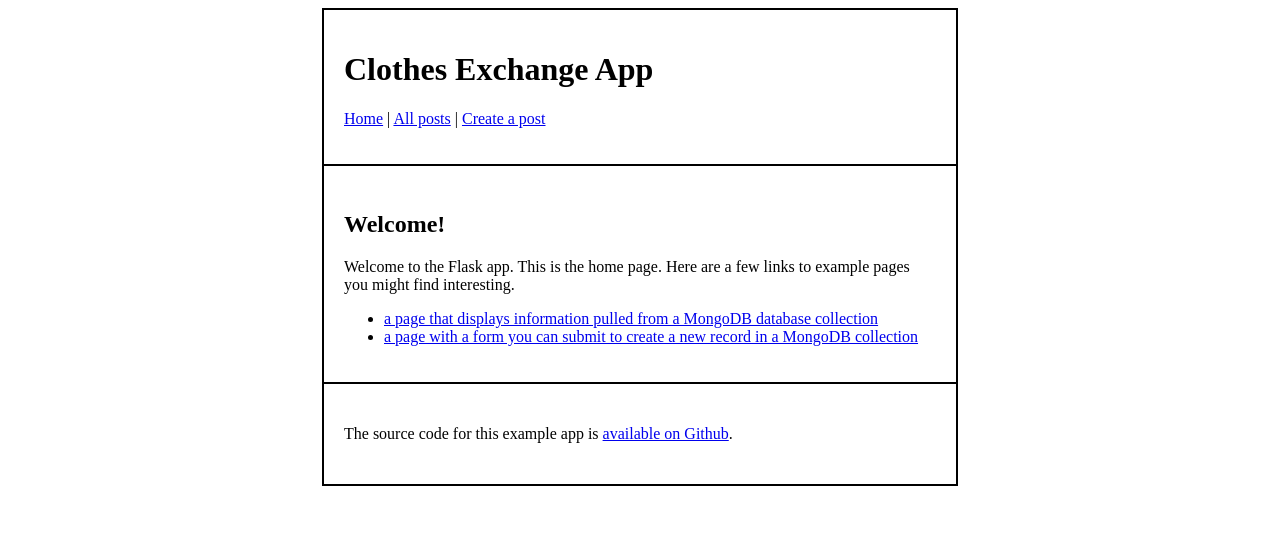
Repository: dbdesign-students-spring2024/7-web-app-dianachen1013
Page: http://localhost/
The author's editor kept a copy of each file at every save. The page is drawn from the files as they stood at one save, then again after the next save.
The browser window is 1280 px wide. The pictures show the whole page.
The page is served by the project's application, run on Flask 3 (app.py).

Above is the page before, as saved 2024-04-15 17:26:55.

### templates/index.html
{% extends 'base.html' %}

{% block container %}
<h2>Welcome!</h2>
<p>Welcome to the Flask app. This is the home page. Here are a few links to example pages you might find interesting.
    <ul>
        <li><a href="{{ url_for('read')}}">a page that displays information pulled from a MongoDB database collection</a></li>
        <li><a href="{{ url_for('create')}}">a page with a form you can submit to create a new record in a MongoDB collection</a></li>
    </ul>
</p>
{% endblock %}

### templates/base.html
<!DOCTYPE html>
<html>
  <head>
    <title>Clothes Exchange App</title>
    <link
      rel="stylesheet"
      href="{{ url_for('static', filename='css/style.css') }}"
    />
  </head>
  <body>
    <div class="container">
      <header>
        <h1>Clothes Exchange App</h1>
        <p>
          <a href="{{ url_for('home')}}">Home</a> |
          <a href="{{ url_for('read')}}">All posts</a> |
          <a href="{{ url_for('create')}}">Create a post</a>
        </p>
      </header>
      <main>{% block container %} {% endblock %}</main>
      <footer>
        <p>
          The source code for this example app is
          <a href="https://github.com/nyu-database-design/flask-mongodb-web-app"
            >available on Github</a
          >.
        </p>
      </footer>
    </div>
  </body>
</html>

### app.py
#!/usr/bin/env python3

import os
import sys
import subprocess
import datetime

from flask import Flask, render_template, request, redirect, url_for, make_response

# import logging
import sentry_sdk
from sentry_sdk.integrations.flask import (
    FlaskIntegration,
)  # delete this if not using sentry.io

# from markupsafe import escape
import pymongo
from pymongo.errors import ConnectionFailure
from bson.objectid import ObjectId
from dotenv import load_dotenv

# load credentials and configuration options from .env file
# if you do not yet have a file named .env, make one based on the template in env.example
load_dotenv(override=True)  # take environment variables from .env.

# initialize Sentry for help debugging... this requires an account on sentrio.io
# you will need to set the SENTRY_DSN environment variable to the value provided by Sentry
# delete this if not using sentry.io
sentry_sdk.init(
    dsn=os.getenv("SENTRY_DSN"),
    # enable_tracing=True,
    # Set traces_sample_rate to 1.0 to capture 100% of transactions for performance monitoring.
    traces_sample_rate=1.0,
    # Set profiles_sample_rate to 1.0 to profile 100% of sampled transactions.
    # We recommend adjusting this value in production.
    integrations=[FlaskIntegration()],
    send_default_pii=True,
)

# instantiate the app using sentry for debugging
app = Flask(__name__)

# # turn on debugging if in development mode
# app.debug = True if os.getenv("FLASK_ENV", "development") == "development" else False

# try to connect to the database, and quit if it doesn't work
try:
    cxn = pymongo.MongoClient(os.getenv("MONGO_URI"))
    db = cxn[os.getenv("MONGO_DBNAME")]  # store a reference to the selected database

    # verify the connection works by pinging the database
    cxn.admin.command("ping")  # The ping command is cheap and does not require auth.
    print(" * Connected to MongoDB!")  # if we get here, the connection worked!
except ConnectionFailure as e:
    # catch any database errors
    # the ping command failed, so the connection is not available.
    print(" * MongoDB connection error:", e)  # debug
    sentry_sdk.capture_exception(e)  # send the error to sentry.io. delete if not using
    sys.exit(1)  # this is a catastrophic error, so no reason to continue to live


# set up the routes


@app.route("/")
def home():
    """
    Route for the home page.
    Simply returns to the browser the content of the index.html file located in the templates folder.
    """
    return render_template("index.html")


@app.route("/read")
def read():
    """
    Route for GET requests to the read page.
    Displays some information for the user with links to other pages.
    """
    docs = db.exampleapp.find({}).sort(
        "created_at", -1
    )  # sort in descending order of created_at timestamp
    return render_template("read.html", docs=docs)  # render the read template


@app.route("/create")
def create():
    """
    Route for GET requests to the create page.
    Displays a form users can fill out to create a new document.
    """
    return render_template("create.html")  # render the create template


@app.route("/create", methods=["POST"])
def create_post():
    """
    Route for POST requests to the create page.
    Accepts the form submission data for a new document and saves the document to the database.
    """
    name = request.form["fname"]
    message = request.form["fmessage"]

    # create a new document with the data the user entered
    doc = {"name": name, "message": message, "created_at": datetime.datetime.utcnow()}
    db.exampleapp.insert_one(doc)  # insert a new document

    return redirect(
        url_for("read")
    )  # tell the browser to make a request for the /read route


@app.route("/edit/<mongoid>")
def edit(mongoid):
    """
    Route for GET requests to the edit page.
    Displays a form users can fill out to edit an existing record.

    Parameters:
    mongoid (str): The MongoDB ObjectId of the record to be edited.
    """
    doc = db.exampleapp.find_one({"_id": ObjectId(mongoid)})
    return render_template(
        "edit.html", mongoid=mongoid, doc=doc
    )  # render the edit template


@app.route("/edit/<mongoid>", methods=["POST"])
def edit_post(mongoid):
    """
    Route for POST requests to the edit page.
    Accepts the form submission data for the specified document and updates the document in the database.

    Parameters:
    mongoid (str): The MongoDB ObjectId of the record to be edited.
    """
    name = request.form["fname"]
    message = request.form["fmessage"]

    doc = {
        # "_id": ObjectId(mongoid),
        "name": name,
        "message": message,
        "created_at": datetime.datetime.utcnow(),
    }

    db.exampleapp.update_one(
        {"_id": ObjectId(mongoid)}, {"$set": doc}  # match criteria
    )

    return redirect(
        url_for("read")
    )  # tell the browser to make a request for the /read route


@app.route("/delete/<mongoid>")
def delete(mongoid):
    """
    Route for GET requests to the delete page.
    Deletes the specified record from the database, and then redirects the browser to the read page.

    Parameters:
    mongoid (str): The MongoDB ObjectId of the record to be deleted.
    """
    db.exampleapp.delete_one({"_id": ObjectId(mongoid)})
    return redirect(
        url_for("read")
    )  # tell the web browser to make a request for the /read route.


@app.route("/webhook", methods=["POST"])
def webhook():
    """
    GitHub can be configured such that each time a push is made to a repository, GitHub will make a request to a particular web URL... this is called a webhook.
    This function is set up such that if the /webhook route is requested, Python will execute a git pull command from the command line to update this app's codebase.
    You will need to configure your own repository to have a webhook that requests this route in GitHub's settings.
    Note that this webhook does do any verification that the request is coming from GitHub... this should be added in a production environment.
    """
    # run a git pull command
    process = subprocess.Popen(["git", "pull"], stdout=subprocess.PIPE)
    pull_output = process.communicate()[0]
    # pull_output = str(pull_output).strip() # remove whitespace
    process = subprocess.Popen(["chmod", "a+x", "flask.cgi"], stdout=subprocess.PIPE)
    chmod_output = process.communicate()[0]
    # send a success response
    response = make_response(f"output: {pull_output}", 200)
    response.mimetype = "text/plain"
    return response


@app.errorhandler(Exception)
def handle_error(e):
    """
    Output any errors - good for debugging.
    """
    return render_template("error.html", error=e)  # render the edit template


# run the app
if __name__ == "__main__":
    # logging.basicConfig(filename="./flask_error.log", level=logging.DEBUG)
    app.run(load_dotenv=True)

### static/css/style.css
.container {
  border: 2px solid;
  width: 50%;
  margin: 0 auto;
}

header,
footer,
main {
  padding: 20px;
}

header,
main {
  border-bottom: 2px solid;
  margin-bottom: 5px;
}

p.post {
  font-size: 12px;
}

footer {
  margin-bottom: 5px;
}

After the next save:
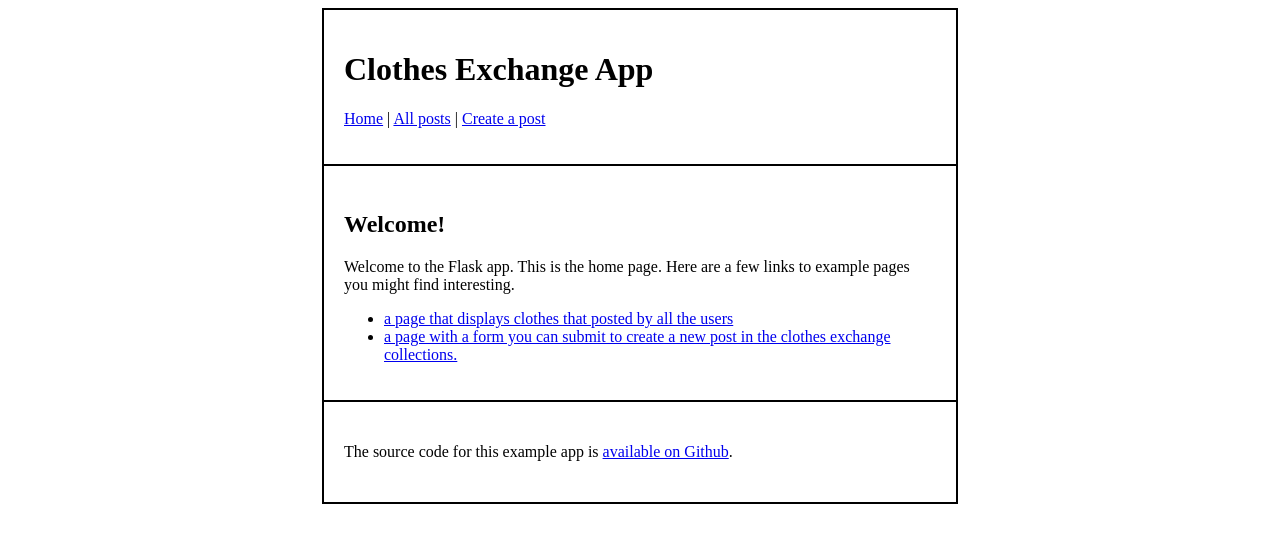
Saved 2 min 49 s later.
--- a/templates/index.html
+++ b/templates/index.html
@@ -4,8 +4,8 @@
 <h2>Welcome!</h2>
 <p>Welcome to the Flask app. This is the home page. Here are a few links to example pages you might find interesting.
     <ul>
-        <li><a href="{{ url_for('read')}}">a page that displays information pulled from a MongoDB database collection</a></li>
-        <li><a href="{{ url_for('create')}}">a page with a form you can submit to create a new record in a MongoDB collection</a></li>
+        <li><a href="{{ url_for('read')}}">a page that displays clothes that posted by all the users</a></li>
+        <li><a href="{{ url_for('create')}}">a page with a form you can submit to create a new post in the clothes exchange collections.</a></li>
     </ul>
 </p>
 {% endblock %}
